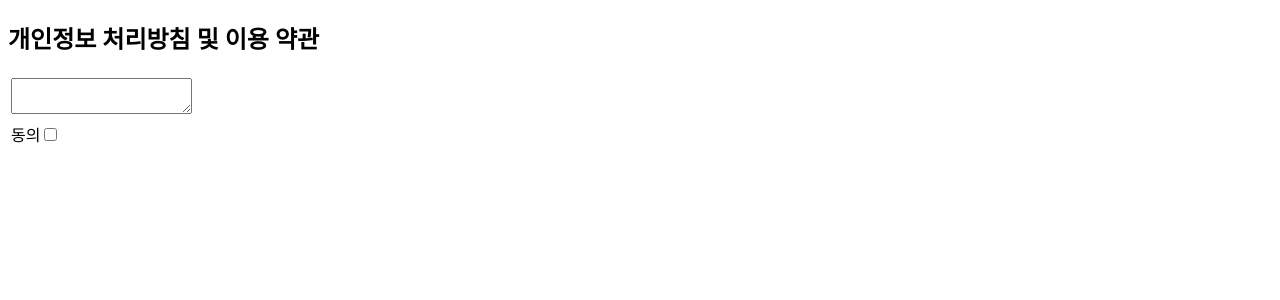
Repository: skdltm12/jsp1
Page: http://localhost/web01/agree.jsp
These files come from the project's save history. The page is drawn as it stood at one moment and after the next save; the edit follows.
The browser window is 1280 px wide. The pictures show the whole page.
The page is served by Tomcat 9.

Above is the page before, as saved 2022-04-26 16:08:11.

### web01/src/main/webapp/agree.jsp
<%@ page language="java" contentType="text/html; charset=UTF-8"
    pageEncoding="UTF-8"%>
<!DOCTYPE html>
<html>
<head>
<meta charset="UTF-8">
<title>Insert title here</title>
</head>
<body>
<h2>개인정보 처리방침 및 이용 약관</h2>
	<table>
		<tbody>
			<tr>
				<td><textarea name='agree1' id='agree1' col='100'>

				</textarea></td>
			</tr>
			<tr>
				<td>동의<input type="checkbox"></td>
				<td></td>
			</tr>
		</tbody>
	</table>

</body>
</html>

After the next save:
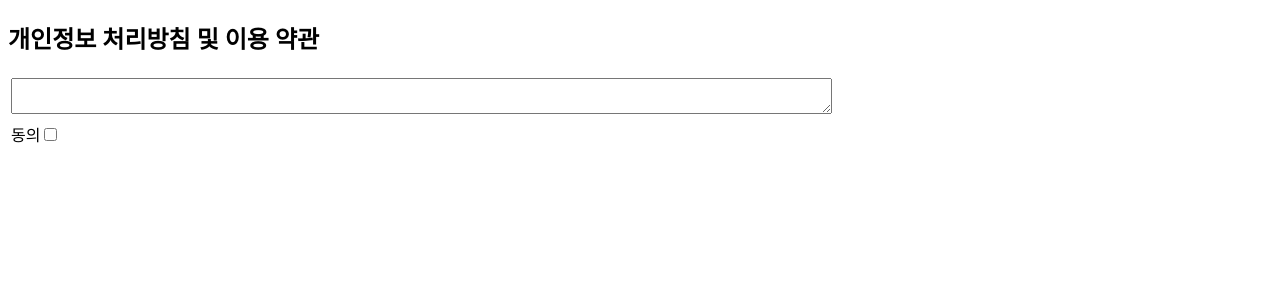
Saved 9 s later.
--- a/web01/src/main/webapp/agree.jsp
+++ b/web01/src/main/webapp/agree.jsp
@@ -11,7 +11,7 @@
 	<table>
 		<tbody>
 			<tr>
-				<td><textarea name='agree1' id='agree1' col='100'>
+				<td><textarea name='agree1' id='agree1' cols='100'>
 
 				</textarea></td>
 			</tr>
